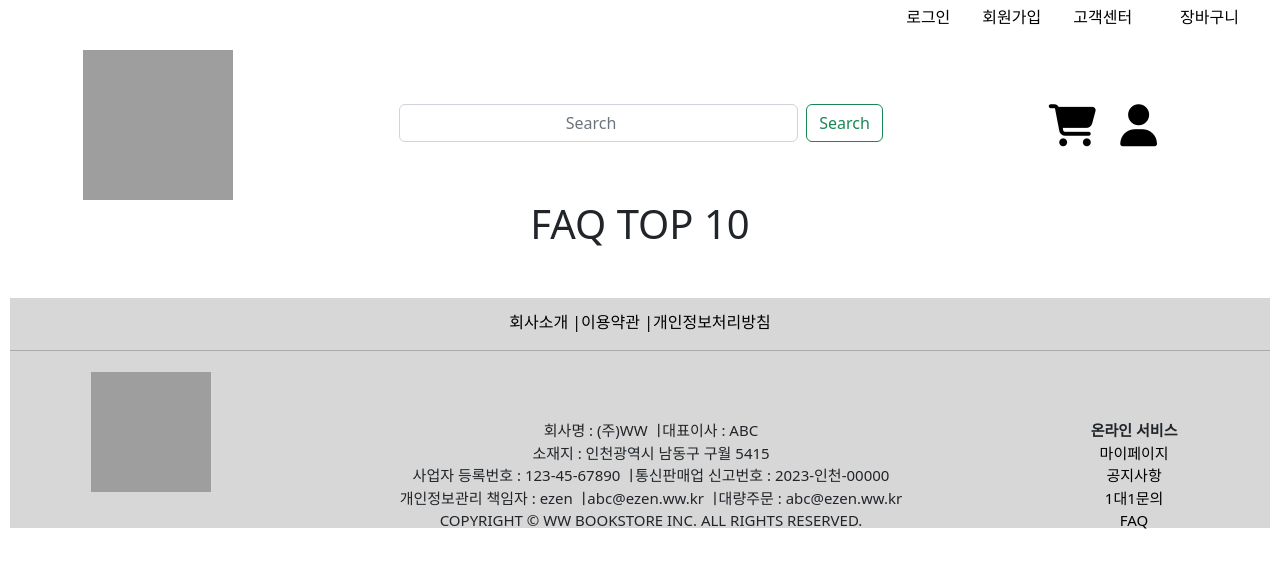
Repository: bongbongi/book1
Page: http://localhost/book/WEB-INF/views/board/boardFaq.jsp
These files come from the project's save history. The page is drawn as it stood at one moment and after the next save; the edit follows.
The browser window is 1280 px wide. The pictures show the whole page.
Pictures or frames that could not be fetched are drawn as grey boxes. Some web libraries are served in a nearby version. The page is served by Tomcat 9. Nobody is signed in. The template is opened directly, without the code that normally fills it, so the values that code supplies are empty.

Above is the page before, as saved 2023-01-05 06:56:37.

After the next save:
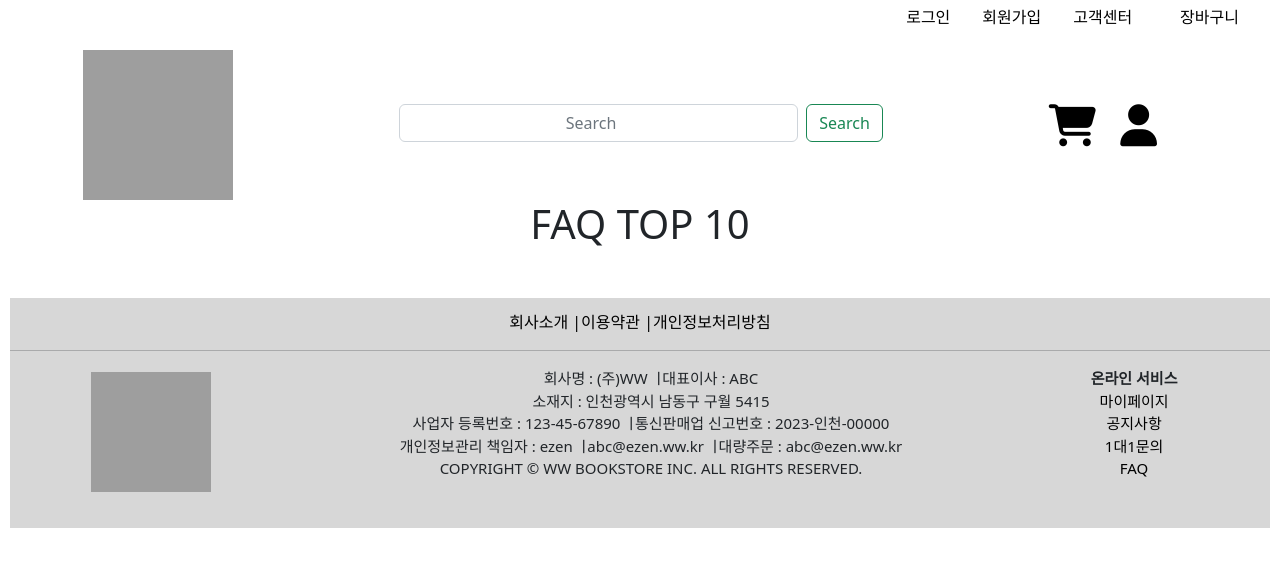
Saved 40 s later.
--- a/book/src/main/webapp/WEB-INF/views/layout/footer.jsp
+++ b/book/src/main/webapp/WEB-INF/views/layout/footer.jsp
@@ -34,7 +34,7 @@
 	height: 150px;
 	display: flex;
 	font-size: 15px;
-	align-items: baseline;
+	/* align-items: baseline; */
 	flex-direction: row;
 	flex-wrap: nowrap;
 	justify-content: space-around;
